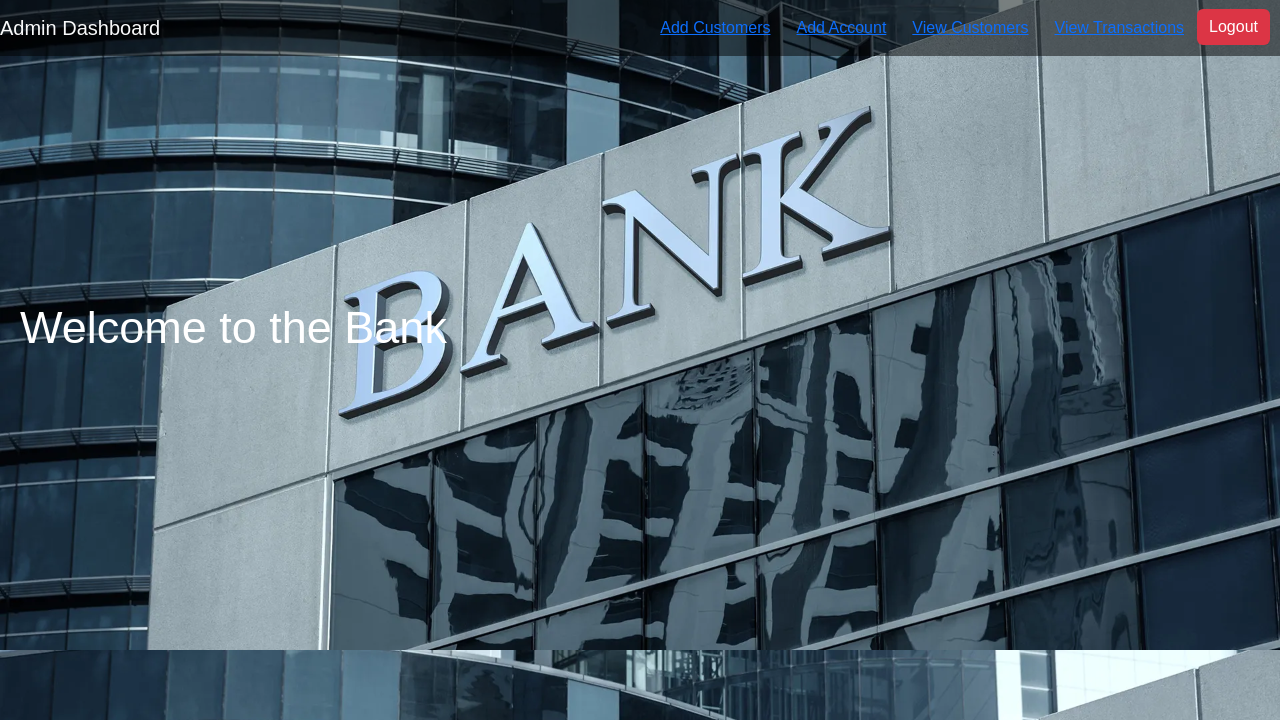
Repository: prathamsuhasia/swabhav-mini-project
Page: http://localhost/01-mini-project/Admin.jsp
The author's editor kept a copy of each file at every save. The page is drawn from the files as they stood at one save, then again after the next save.
The browser window is 1280 px wide. The pictures show the whole page.
The page is served by Tomcat 9. The session is filled in as if someone had signed in: {"username": "testuser", "admin": "admin"}. Other server files are loaded and not shown.

Above is the page before, as saved 2024-08-15 16:21:22.

### 01-mini-project/WebContent/Admin.jsp
<%@ page language="java" contentType="text/html; charset=ISO-8859-1"
	pageEncoding="ISO-8859-1"%>
<%
	response.setHeader("Cache-Control", "no-cache, no-store, must-revalidate");
	response.setHeader("Pragma", "no-cache");
	response.setDateHeader("Expires", 0);
%>
<%
	HttpSession sessions = request.getSession(false);
	if (session == null || !"admin".equals(session.getAttribute("admin"))) {
		// No session or user not logged in, redirect to the login page
		response.sendRedirect("Index.jsp");
		return;
	}
%>
<!DOCTYPE html>
<html>
<head>
<meta http-equiv="Content-Type" content="text/html; charset=ISO-8859-1">
<title>Dashboard</title>
<link
	href="https://cdn.jsdelivr.net/npm/bootstrap@5.3.0/dist/css/bootstrap.min.css"
	rel="stylesheet">
<style>
body {
	background-image: url('Bank.webp');
	background-size: cover;
	background-position: center;
	color: #fff;
	font-family: Arial, sans-serif;
	position: relative;
    z-index: 1;
}

.navbar {
	background-color: rgba(0, 0, 0, 0.5);
	margin-bottom: 20px;
}

.navbar-brand {
	color: #f8f9fa;
}

.navbar-nav .nav-link {
	color: #f8f9fa !important;
}

.navbar-nav .nav-link:hover {
	color: #e9ecef !important;
}

.btn-logout {
	background-color: #dc3545;
	border: none;
	color: #fff;
	margin-right: 10px;
}

.btn-logout:hover {
	background-color: #c82333;
	color: #fff;
}

.welcome-message {
	display: flex;
	align-items: center;
	color: white;
	height: 70vh;
	justify-content: flex-start;
	padding-left: 20px;
	font-size: 45px;
}

.container {
	background-color: rgba(0, 0, 0, 0.6);
	padding: 20px;
	border-radius: 10px;
}


</style>
</head>
<body>
	<nav class="navbar navbar-expand-lg">
		<a class="navbar-brand" href="#">Admin Dashboard</a>
		<div class="collapse navbar-collapse justify-content-end">
			<ul class="navbar-nav">
				<li class="nav-item">
					<form action="AdminController" method="post" class="nav-item">
						<button type="submit" name="action" value="AddCustomers"
							class="btn btn-link"style="color:white,text-decoration: none;">Add Customers</button>
					</form>
				</li>
				<li class="nav-item">
					<form action="AdminController" method="post" class="nav-item">
						<button type="submit" name="action" value="AddAccount"
							class="btn btn-link" style="color:white,text-decoration: none;">Add Account</button>
					</form>
				</li>
				<li class="nav-item">
					<form action="AdminController" method="post" class="nav-item">
						<button type="submit" name="action" value="ViewCustomers"
							class="btn btn-link" style="color:white,text-decoration: none;">View Customers</button>
					</form>
				</li>
				<li class="nav-item">
					<form action="AdminController" method="post" class="nav-item">
						<button type="submit" name="action" value="ViewTransactions"
							class="btn btn-link" style="color:white,text-decoration: none; ">View Transactions</button>
					</form>
				</li>
				<li class="nav-item">
					<form action="LogoutServlet">
						<button type="submit" class="btn btn-logout">Logout</button>
					</form>
				</li>
			</ul>
		</div>
	</nav>

	<div class="welcome-message">Welcome to the Bank</div>

	<script src="https://code.jquery.com/jquery-3.6.0.min.js"></script>
	<script
		src="https://cdn.jsdelivr.net/npm/bootstrap@5.3.0/dist/js/bootstrap.bundle.min.js"></script>
</body>
</html>

After the next save:
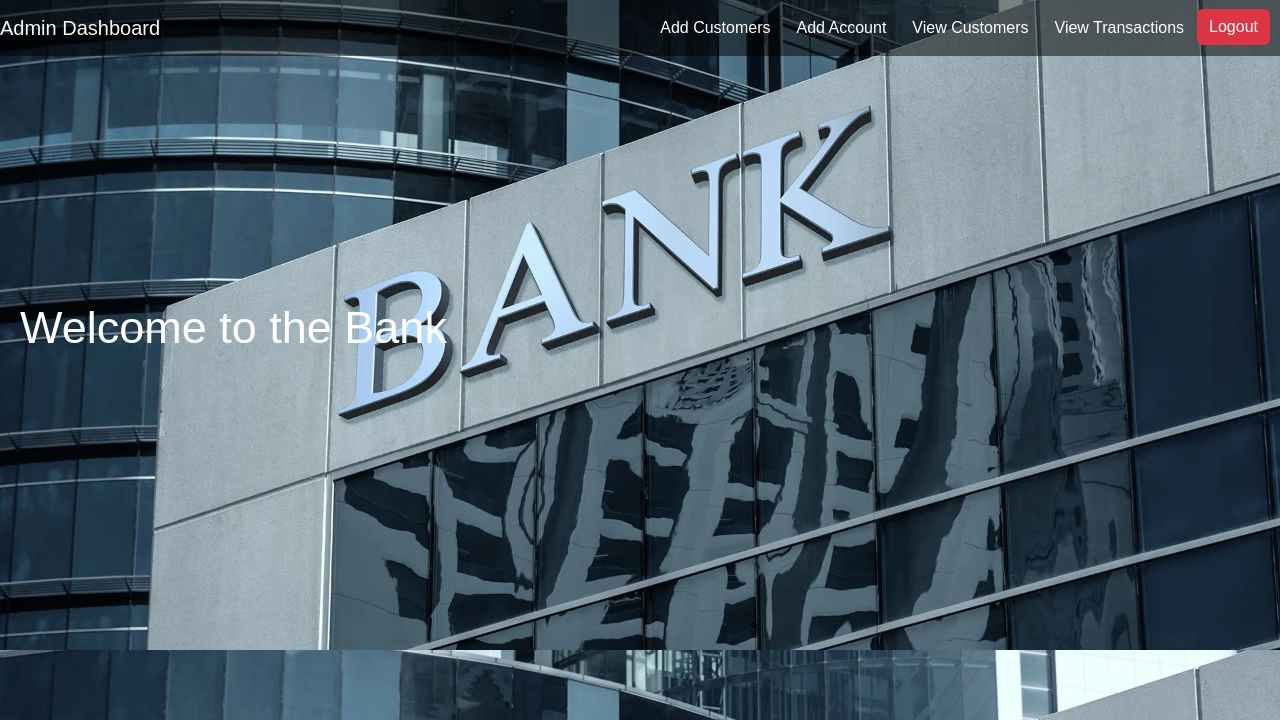
Saved 35 s later.
--- a/01-mini-project/WebContent/Admin.jsp
+++ b/01-mini-project/WebContent/Admin.jsp
@@ -88,25 +88,25 @@ body {
 				<li class="nav-item">
 					<form action="AdminController" method="post" class="nav-item">
 						<button type="submit" name="action" value="AddCustomers"
-							class="btn btn-link"style="color:white,text-decoration: none;">Add Customers</button>
+							class="btn btn-link"style="color:white;text-decoration: none;">Add Customers</button>
 					</form>
 				</li>
 				<li class="nav-item">
 					<form action="AdminController" method="post" class="nav-item">
 						<button type="submit" name="action" value="AddAccount"
-							class="btn btn-link" style="color:white,text-decoration: none;">Add Account</button>
+							class="btn btn-link" style="color:white;text-decoration: none;">Add Account</button>
 					</form>
 				</li>
 				<li class="nav-item">
 					<form action="AdminController" method="post" class="nav-item">
 						<button type="submit" name="action" value="ViewCustomers"
-							class="btn btn-link" style="color:white,text-decoration: none;">View Customers</button>
+							class="btn btn-link" style="color:white;text-decoration: none;">View Customers</button>
 					</form>
 				</li>
 				<li class="nav-item">
 					<form action="AdminController" method="post" class="nav-item">
 						<button type="submit" name="action" value="ViewTransactions"
-							class="btn btn-link" style="color:white,text-decoration: none; ">View Transactions</button>
+							class="btn btn-link" style="color:white;text-decoration: none; ">View Transactions</button>
 					</form>
 				</li>
 				<li class="nav-item">
